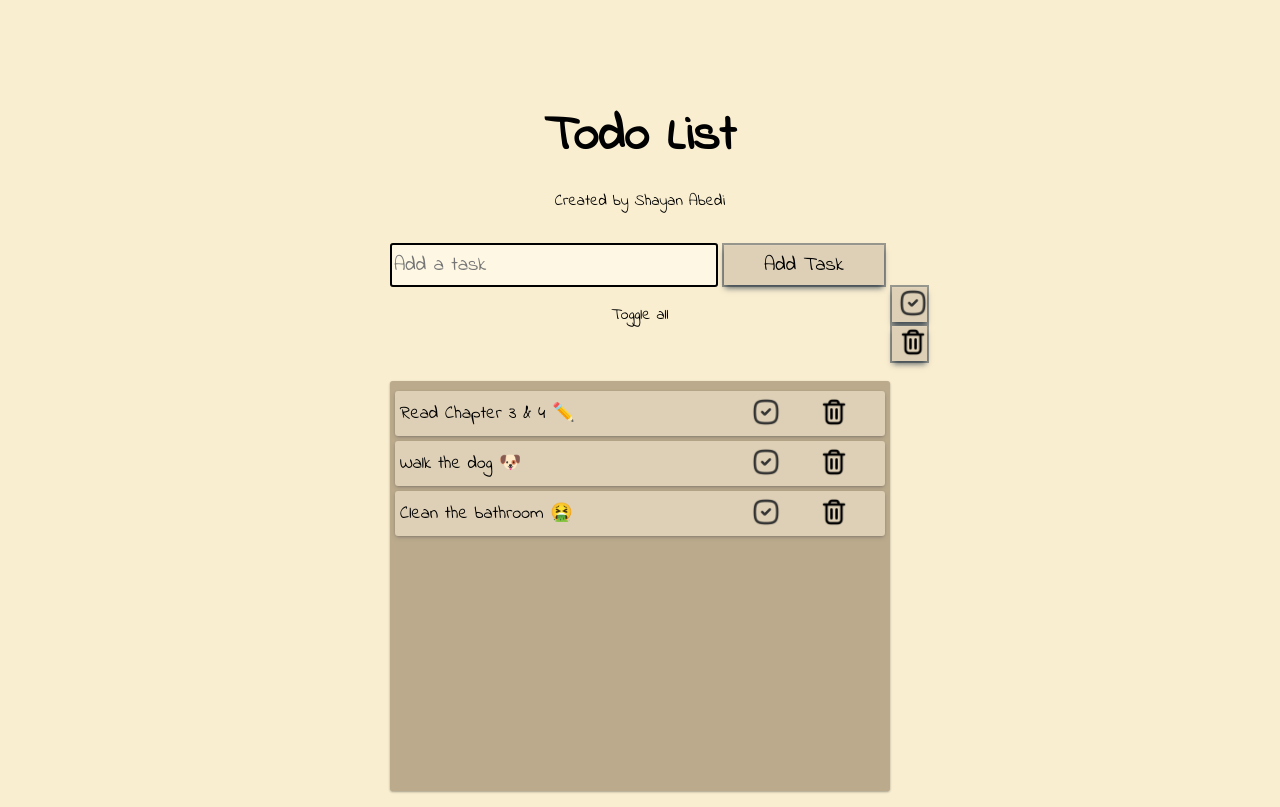
Repository: shayanabedi98/todo-list
Page: /
An editor plug-in stored every save of this project. The page is shown before and after the next save, followed by the edit.
The browser window is 1280 px wide. The pictures show the whole page.
The project was rebuilt for these pictures with package versions that can differ from the ones it lists, and the page was loaded fresh each time. Also part of the build but not shown: vite.config.js.

Above is the page before, as saved 2023-12-30 17:15:42.

After the next save:
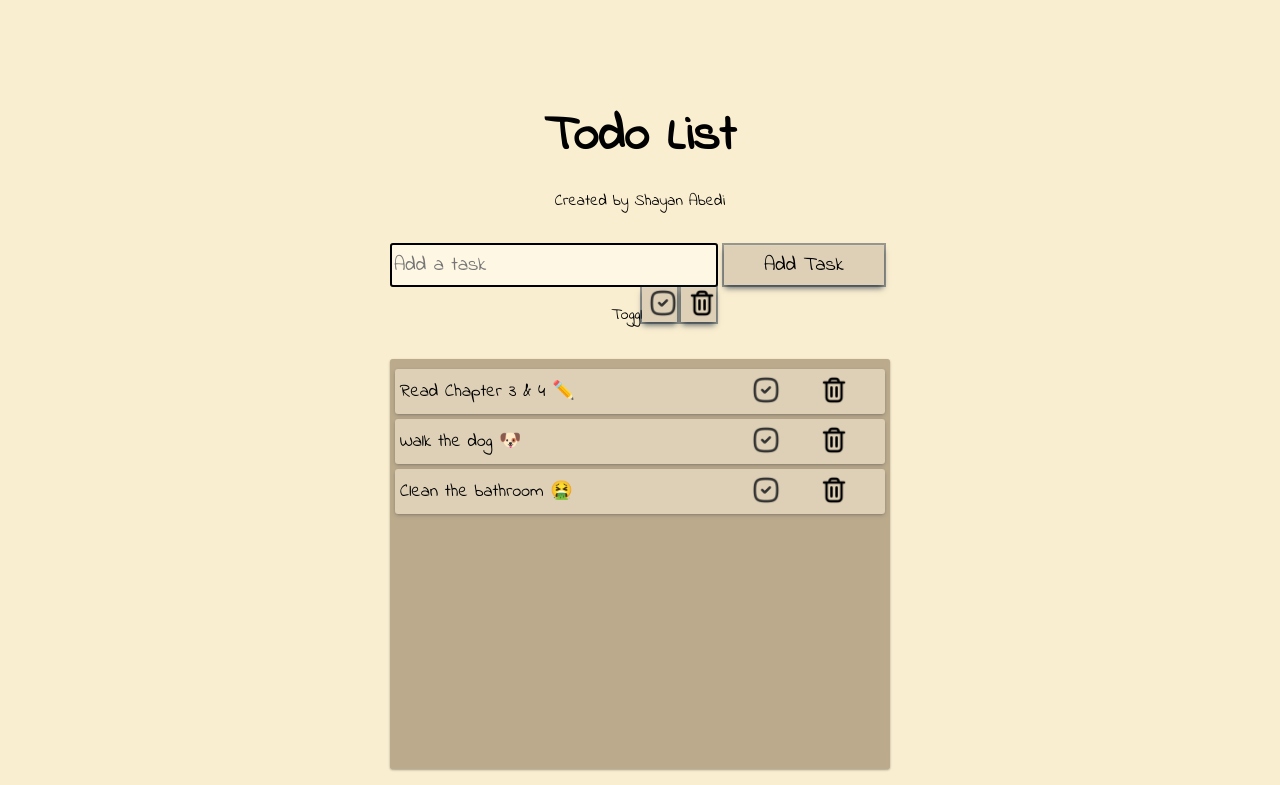
Saved 19 s later.
--- a/src/index.css
+++ b/src/index.css
@@ -42,6 +42,10 @@ h1 {
 .affect-all {
   display: grid;
   grid-template-columns: 1fr 1fr;
+}
+
+.affect-all #one {
+  width: 20px;
 }
 
 .affect-all button {
